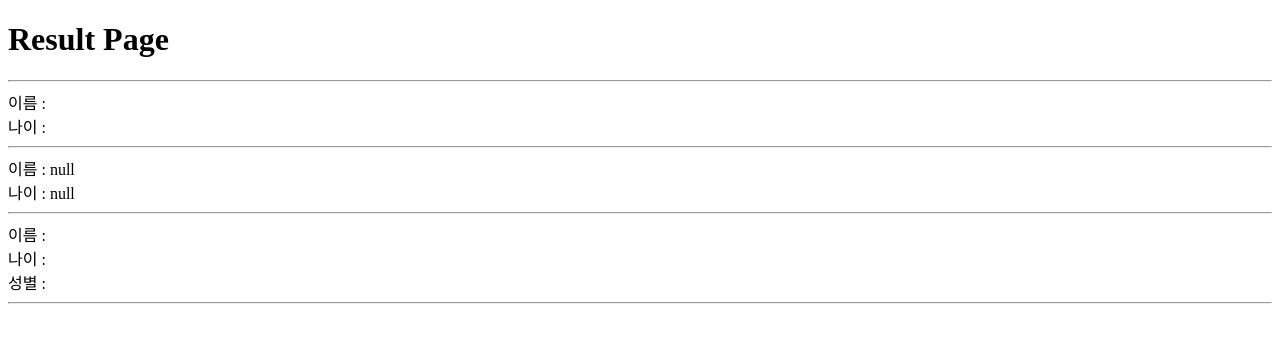
Repository: ghkden55/Green2
Page: http://localhost/test/result.jsp
An editor plug-in stored every save of this project. The page is shown before and after the next save, followed by the edit.
The browser window is 1280 px wide. The pictures show the whole page.
The page is served by Tomcat 9. Other server files are loaded and not shown. The template is opened directly, without the code that normally fills it, so the values that code supplies are empty.

Above is the page before, as saved 2024-01-31 06:40:42.

### ws_jsp/test/src/main/webapp/result.jsp
<%@ page language="java" contentType="text/html; charset=UTF-8"
    pageEncoding="UTF-8"%>
<%
	String name = request.getParameter("userName");
	String age = request.getParameter("userAge");

	pageContext.setAttribute("userName", name);
	pageContext.setAttribute("userAge", age);
%>
<!DOCTYPE html>
<html>
<head>
<meta charset="UTF-8">
<title>Result Page</title>
</head>
<body>

<h1>Result Page</h1>
<hr>

이름 : ${param.userName } <br>
나이 : ${param.userAge} <br>
<hr>

이름 : <%= name %> <br>
나이 : <%= age %> <br>
<hr>

이름 : ${userName } <br>
나이 : ${userAge } <br>
성별 : ${gender } <br>
<hr>


</body>
</html>

After the next save:
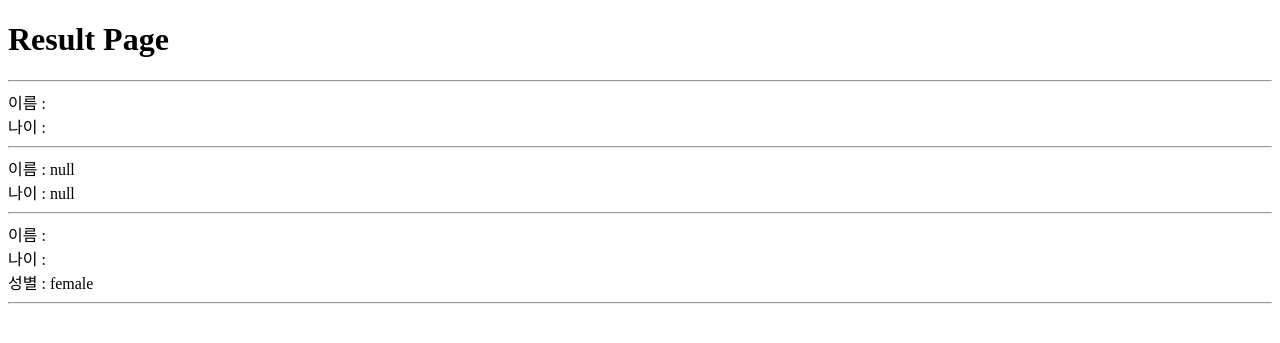
Saved 37 s later.
--- a/ws_jsp/test/src/main/webapp/result.jsp
+++ b/ws_jsp/test/src/main/webapp/result.jsp
@@ -6,6 +6,7 @@
 
 	pageContext.setAttribute("userName", name);
 	pageContext.setAttribute("userAge", age);
+	pageContext.setAttribute("gender", "female");
 %>
 <!DOCTYPE html>
 <html>
